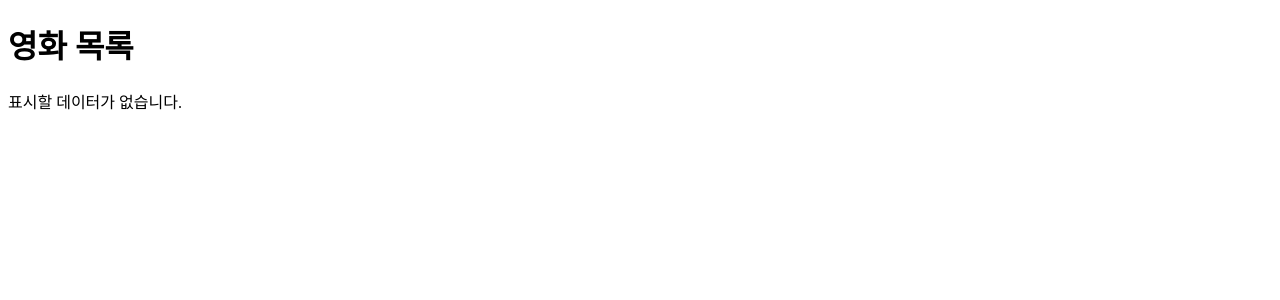
Repository: SeongYeonYun/HUMAN_SQL1
Page: http://localhost/proj-paging/paging
These files come from the project's save history. The page is drawn as it stood at one moment and after the next save; the edit follows.
The browser window is 1280 px wide. The pictures show the whole page.
The page is served by Tomcat 9. Other server files are loaded and not shown. Queries for data that is not in the repository find no rows.

Above is the page before, as saved 2025-08-27 05:58:25.

### workspace_java/proj-paging/src/main/webapp/paging.jsp
<%@ page contentType="text/html; charset=UTF-8" %>
<%@ taglib prefix="c" uri="http://java.sun.com/jsp/jstl/core" %>
<!doctype html>
<html>
<head>
  <meta charset="UTF-8">
  <title>영화 목록</title>

</head>
<body>

<h1>영화 목록</h1>

<c:choose>
  <c:when test="${empty movies}">
    <p>표시할 데이터가 없습니다.</p>
  </c:when>
  <c:otherwise>
    <table>
      <thead>
        <tr>
          <th>제목</th>
          <th>코드</th>
          <th>상태</th>
          <th>국가</th>
          <th>장르</th>
        </tr>
      </thead>
      <tbody>
        <c:forEach var="m" items="${movies}">
          <tr>
            <td>${m.title_en}</td>
            <td>${m.code}</td>
            <td>${m.status}</td>
            <td>${m.country}</td>
            <td>${m.genre}</td>
<%--

                dto.setTitle_en(rs.getString("title_en"));
                dto.setCode(rs.getInt("code"));
                dto.setStatus(rs.getString("status"));
                dto.setCountry(rs.getString("country"));
                dto.setGenre(rs.getString("genre"));

 --%>
          </tr>
        </c:forEach>
      </tbody>
    </table>
  </c:otherwise>
</c:choose>

</body>
</html>

### workspace_java/proj-paging/src/main/java/paging_ctrl/pagingServlet.java
package paging_ctrl;

import java.io.IOException;
import java.util.List;

import javax.servlet.ServletException;
import javax.servlet.annotation.WebServlet;
import javax.servlet.http.HttpServlet;
import javax.servlet.http.HttpServletRequest;
import javax.servlet.http.HttpServletResponse;

import paging_DTO.pagingDTO;
import paging_Service.pagingService;

/**
 * Servlet implementation class pagingServlet
 */
@WebServlet("/paging")
public class pagingServlet extends HttpServlet {
	private static final long serialVersionUID = 1L;


    public pagingServlet() {
        super();
        // TODO Auto-generated constructor stub
    }


	protected void doGet(HttpServletRequest request, HttpServletResponse response) throws ServletException, IOException {
		// TODO Auto-generated method stub

	    request.setCharacterEncoding("UTF-8");
	    response.setContentType("text/html; charset=UTF-8");
	    response.setCharacterEncoding("UTF-8");
	    pagingService pagingService = new pagingService();
	    List<pagingDTO> list = pagingService.getAllmovies();

	    request.setAttribute("movies", list);
	    request.getRequestDispatcher("paging.jsp").forward(request, response);


//		response.sendRedirect(getServletInfo());
	}


	protected void doPost(HttpServletRequest request, HttpServletResponse response) throws ServletException, IOException {
		// TODO Auto-generated method stub
		doGet(request, response);
	}

}

### workspace_java/proj-paging/src/main/java/paging_Service/pagingService.java
package paging_Service;

import java.util.List;
import paging_DAO.pagingDAO;
import paging_DTO.pagingDTO;

public class pagingService {
    private final pagingDAO pagingDAO = new pagingDAO();

	public List<pagingDTO> getAllmovies() {
		System.out.println("서비스 실행");
        return pagingDAO.selectAllmovies();

	}


}

### workspace_java/proj-paging/src/main/java/paging_DAO/pagingDAO.java
package paging_DAO;

import java.sql.Connection;
import java.sql.PreparedStatement;
import java.sql.ResultSet;
import java.sql.SQLException;
import java.util.ArrayList;
import java.util.List;

import javax.naming.Context;
import javax.naming.InitialContext;
import javax.sql.DataSource;

import paging_DTO.pagingDTO;

public class pagingDAO {
    private final DataSource dataSource;

    public pagingDAO() {
        try {
            Context ctx = new InitialContext();
            this.dataSource = (DataSource) ctx.lookup("java:comp/env/jdbc/oracle");
        } catch (Exception e) {
            throw new RuntimeException("JNDI lookup 실패: java:comp/env/jdbc/oracle", e);
        }
    }

    private Connection getConn() throws SQLException {
        return dataSource.getConnection();
    }


    public List<pagingDTO> selectAllmovies() {
//    	System.out.println("DAO SQL문 실행");
        String sql = " select * from movies ";
//        String sql = "SELECT COUNT(*) AS cnt FROM movies";;
        List<pagingDTO> list = new ArrayList<>();
        try (Connection conn = getConn();

            PreparedStatement ps = conn.prepareStatement(sql);
            ResultSet rs = ps.executeQuery()) {

            while (rs.next()) {

                pagingDTO dto = new pagingDTO();

                dto.setTitle_en(rs.getString("title_en"));
                dto.setCode(rs.getInt("code"));
                dto.setStatus(rs.getString("status"));
                dto.setCountry(rs.getString("country"));
                dto.setGenre(rs.getString("genre"));
                list.add(dto);
            }
        } catch (Exception e) {
            throw new RuntimeException("selectAllmovie 실패", e);
        }
        return list;
    }




}

After the next save:
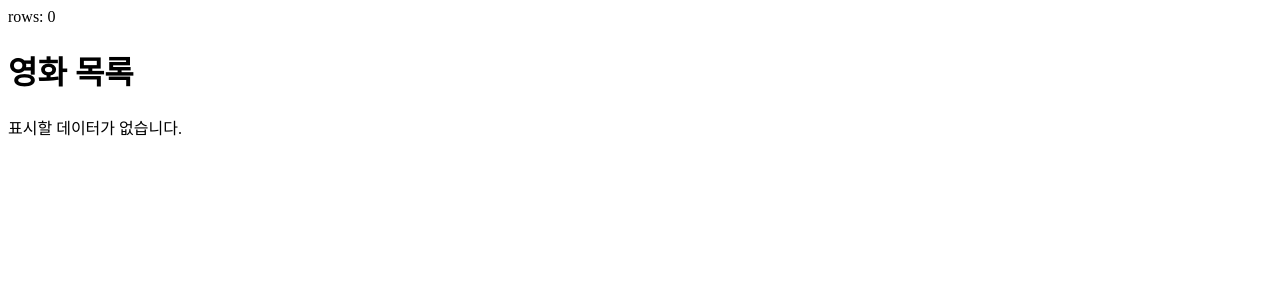
Saved 4 min 33 s later.
--- a/workspace_java/proj-paging/src/main/webapp/paging.jsp
+++ b/workspace_java/proj-paging/src/main/webapp/paging.jsp
@@ -1,5 +1,10 @@
 <%@ page contentType="text/html; charset=UTF-8" %>
 <%@ taglib prefix="c" uri="http://java.sun.com/jsp/jstl/core" %>
+
+<%@ taglib prefix="fn" uri="http://java.sun.com/jsp/jstl/functions" %>
+<p>rows: <c:out value="${fn:length(movies)}"/></p>
+
+
 <!doctype html>
 <html>
 <head>
